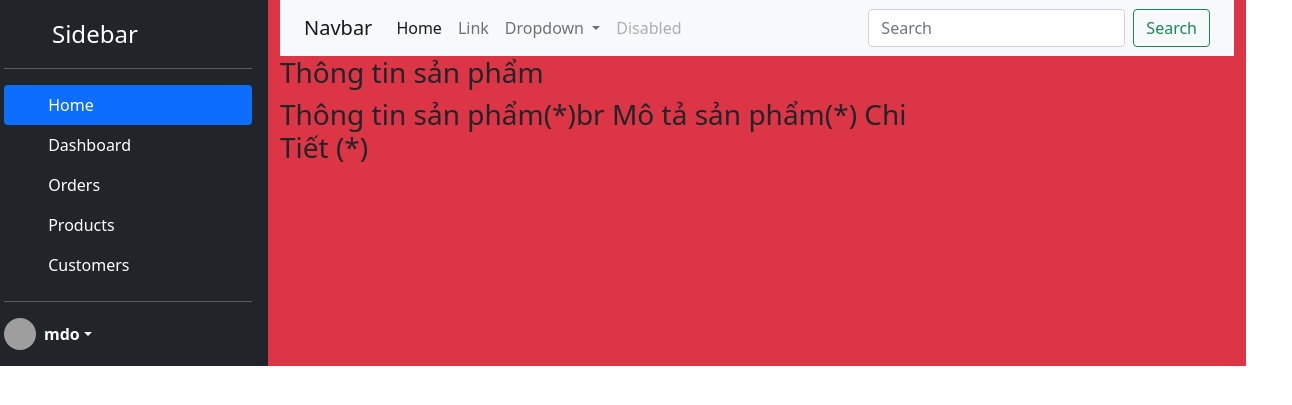
Repository: Lehuyhuynh/BT12-BOOTSTRAP
Page: index.html
The author's editor kept a copy of each file at every save. The page is drawn from the files as they stood at one save, then again after a run of saves.
The browser window is 1280 px wide. The page is 1292 px wide, so the pictures cover 1292 px, including what lies to the right of the window. The pictures show the whole page.
Pictures or frames that could not be fetched are drawn as grey boxes.

Above is the page before, as saved 2023-08-19 22:14:53.

### index.html
<!DOCTYPE html>
<html lang="en">
<head>
  <link href="https://cdn.jsdelivr.net/npm/bootstrap@5.1.3/dist/css/bootstrap.min.css" rel="stylesheet" integrity="sha384-1BmE4kWBq78iYhFldvKuhfTAU6auU8tT94WrHftjDbrCEXSU1oBoqyl2QvZ6jIW3" crossorigin="anonymous">
  <meta charset="UTF-8">
  <meta name="viewport" content="width=device-width, initial-scale=1.0">
  <title>BT2</title>
</head>
<body>
  <div class="row">
    <div class=" col-3 d-flex flex-column flex-shrink-0 p-3 text-white bg-dark rounded-lg" style="width: 280px;">
      <a href="/" class="d-flex align-items-center mb-3 mb-md-0 me-md-auto text-white text-decoration-none">
        <svg class="bi me-2" width="40" height="32"><use xlink:href="#bootstrap"></use></svg>
        <span class="fs-4">Sidebar</span>
      </a>
      <hr>
      <ul class="nav nav-pills flex-column mb-auto">
        <li class="nav-item">
          <a href="#" class="nav-link active" aria-current="page">
            <svg class="bi me-2" width="16" height="16"><use xlink:href="#home"></use></svg>
            Home
          </a>
        </li>
        <li>
          <a href="#" class="nav-link text-white">
            <svg class="bi me-2" width="16" height="16"><use xlink:href="#speedometer2"></use></svg>
            Dashboard
          </a>
        </li>
        <li>
          <a href="#" class="nav-link text-white">
            <svg class="bi me-2" width="16" height="16"><use xlink:href="#table"></use></svg>
            Orders
          </a>
        </li>
        <li>
          <a href="#" class="nav-link text-white">
            <svg class="bi me-2" width="16" height="16"><use xlink:href="#grid"></use></svg>
            Products
          </a>
        </li>
        <li>
          <a href="#" class="nav-link text-white">
            <svg class="bi me-2" width="16" height="16"><use xlink:href="#people-circle"></use></svg>
            Customers
          </a>
        </li>
      </ul>
      <hr>
      <div class="dropdown">
        <a href="#" class="d-flex align-items-center text-white text-decoration-none dropdown-toggle" id="dropdownUser1" data-bs-toggle="dropdown" aria-expanded="false">
          <img src="https://github.com/mdo.png" alt="" width="32" height="32" class="rounded-circle me-2">
          <strong>mdo</strong>
        </a>
        <ul class="dropdown-menu dropdown-menu-dark text-small shadow" aria-labelledby="dropdownUser1" style="">
          <li><a class="dropdown-item" href="#">New project...</a></li>
          <li><a class="dropdown-item" href="#">Settings</a></li>
          <li><a class="dropdown-item" href="#">Profile</a></li>
          <li><hr class="dropdown-divider"></li>
          <li><a class="dropdown-item" href="#">Sign out</a></li>
        </ul>
      </div>
    </div>
    <div class="main-content bg-danger col-9" >
      <nav class="navbar navbar-expand-lg navbar-light bg-light">
        <div class="container-fluid">
          <a class="navbar-brand" href="#">Navbar</a>
          <button class="navbar-toggler" type="button" data-bs-toggle="collapse" data-bs-target="#navbarSupportedContent" aria-controls="navbarSupportedContent" aria-expanded="false" aria-label="Toggle navigation">
            <span class="navbar-toggler-icon"></span>
          </button>
          <div class="collapse navbar-collapse" id="navbarSupportedContent">
            <ul class="navbar-nav me-auto mb-2 mb-lg-0">
              <li class="nav-item">
                <a class="nav-link active" aria-current="page" href="#">Home</a>
              </li>
              <li class="nav-item">
                <a class="nav-link" href="#">Link</a>
              </li>
              <li class="nav-item dropdown">
                <a class="nav-link dropdown-toggle" href="#" id="navbarDropdown" role="button" data-bs-toggle="dropdown" aria-expanded="false">
                  Dropdown
                </a>
                <ul class="dropdown-menu" aria-labelledby="navbarDropdown">
                  <li><a class="dropdown-item" href="#">Action</a></li>
                  <li><a class="dropdown-item" href="#">Another action</a></li>
                  <li><hr class="dropdown-divider"></li>
                  <li><a class="dropdown-item" href="#">Something else here</a></li>
                </ul>
              </li>
              <li class="nav-item">
                <a class="nav-link disabled" href="#" tabindex="-1" aria-disabled="true">Disabled</a>
              </li>
            </ul>
            <form class="d-flex">
              <input class="form-control me-2" type="search" placeholder="Search" aria-label="Search">
              <button class="btn btn-outline-success" type="submit">Search</button>
            </form>
          </div>
        </div>
      </nav>
      <div class="row">

        <h3>Thông tin sản phẩm<h3>

          <div class="more col-8">

            <div class="product">

              <span>Thông tin sản phẩm(*)</span>br


              <span>Mô tả sản phẩm(*)</span>

              <span>Chi Tiết (*) </span>

            </div>

            <div class="data">

            </div>

          </div>

          <div class="category col-4"></div>






      </div>
    </div>


  </div>

  <script src="https://cdn.jsdelivr.net/npm/bootstrap@5.1.3/dist/js/bootstrap.bundle.min.js" integrity="sha384-ka7Sk0Gln4gmtz2MlQnikT1wXgYsOg+OMhuP+IlRH9sENBO0LRn5q+8nbTov4+1p" crossorigin="anonymous"></script>
</body>
</html>

After the next 3 saves:
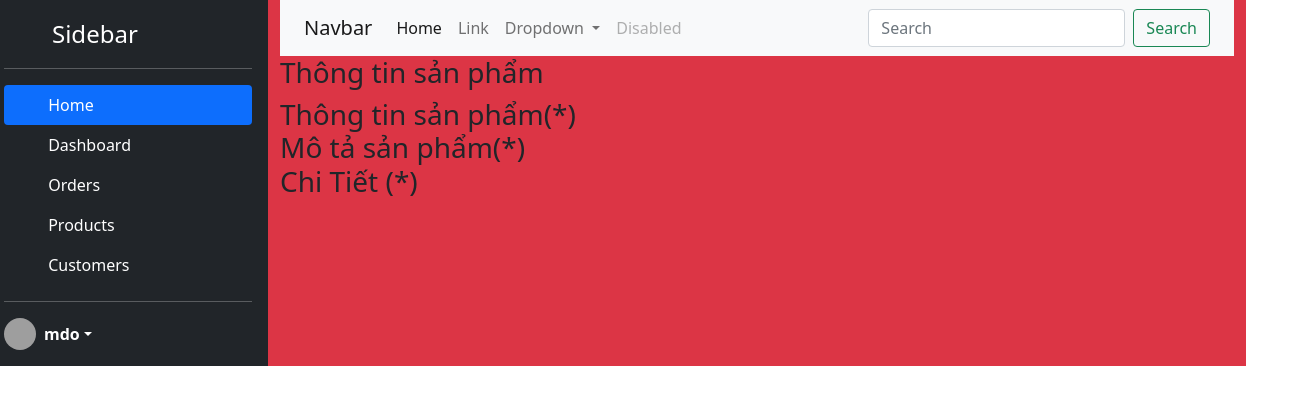
The 3 saves are shown as one change because they came seconds apart.
The last was saved 11 s later.
--- a/index.html
+++ b/index.html
@@ -106,10 +106,9 @@
 
             <div class="product">
 
-              <span>Thông tin sản phẩm(*)</span>br
+              <span>Thông tin sản phẩm(*)</span><br>
 
-
-              <span>Mô tả sản phẩm(*)</span>
+              <span>Mô tả sản phẩm(*)</span><br>
 
               <span>Chi Tiết (*) </span>
 
